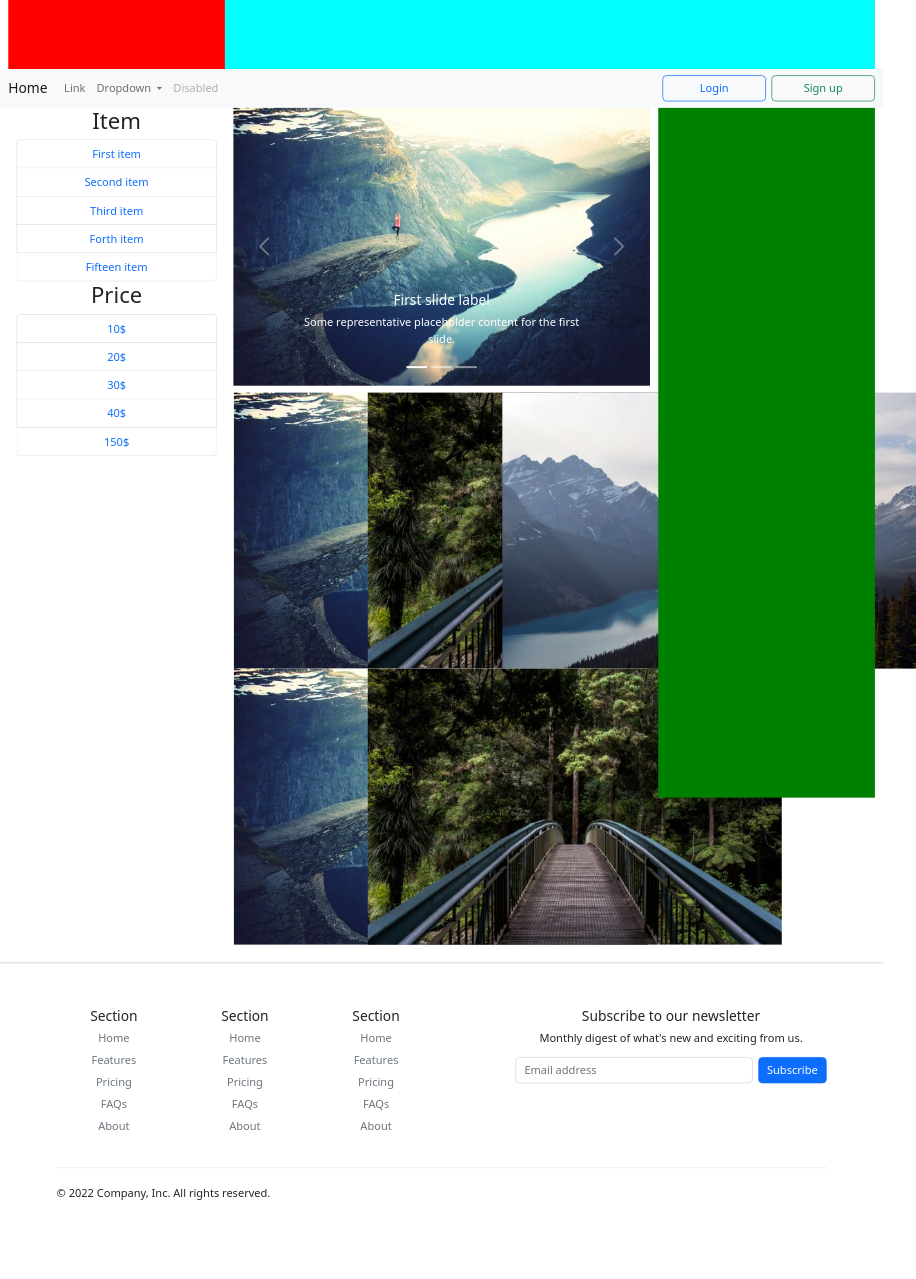
Repository: nguyenhung50497/MD2_bootstrap
Page: BT_giaoDienWeb/index.html
The author's editor kept a copy of each file at every save. The page is drawn from the files as they stood at one save, then again after a run of saves.
The browser window is 1280 px wide. The page is 1328 px wide, then 1280 px, so the pictures cover 1328 px, including what lies to the right of the window. The pictures show the whole page, at 69% of full size.

Above is the page before, as saved 2022-11-30 14:20:13.

After the next 2 saves:
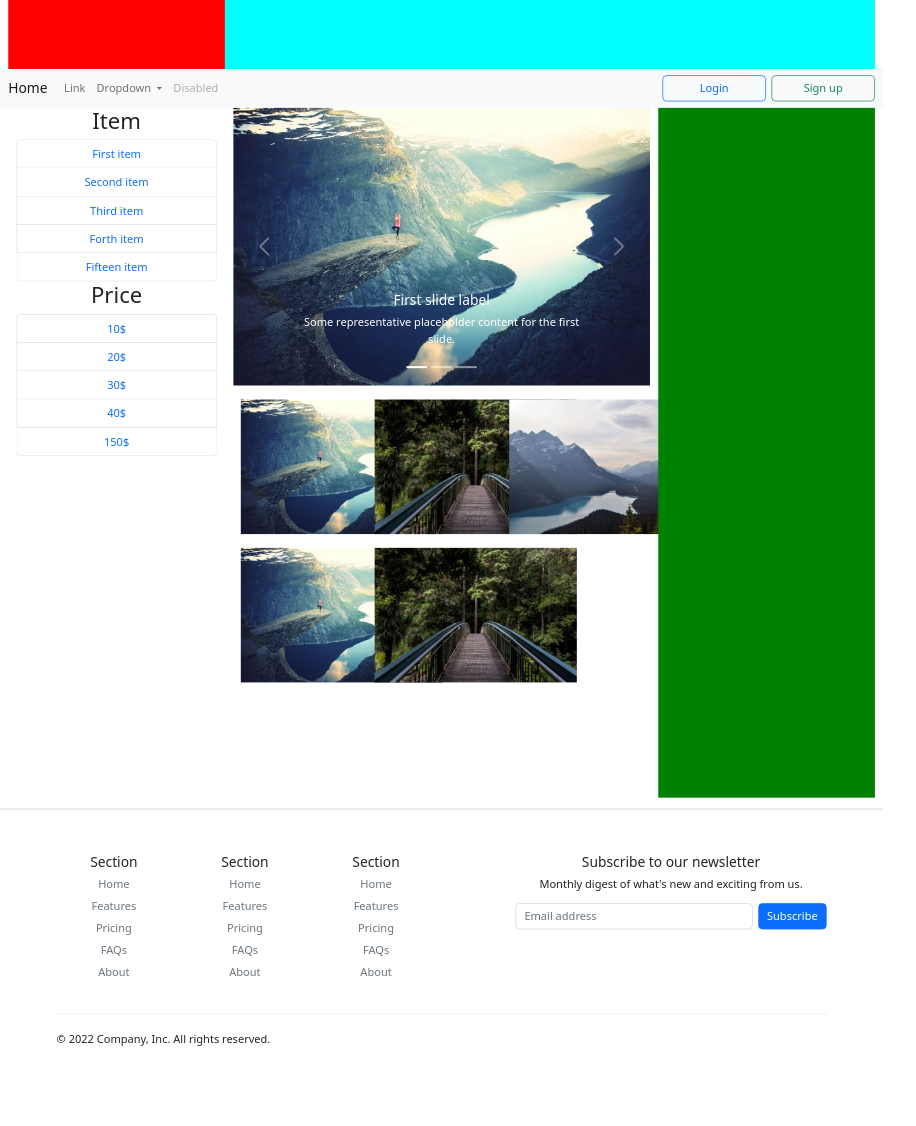
The 2 saves are shown as one change because they came seconds apart.
The last was saved 14 s later.
--- a/BT_giaoDienWeb/index.html
+++ b/BT_giaoDienWeb/index.html
@@ -28,7 +28,7 @@
         padding: 10px;
         margin-left: -55px;
     }
-    .contentImg > div > img {
+    .contentImg > div > a > img {
         margin: 10px 10px;
         height: 195px;
     }
